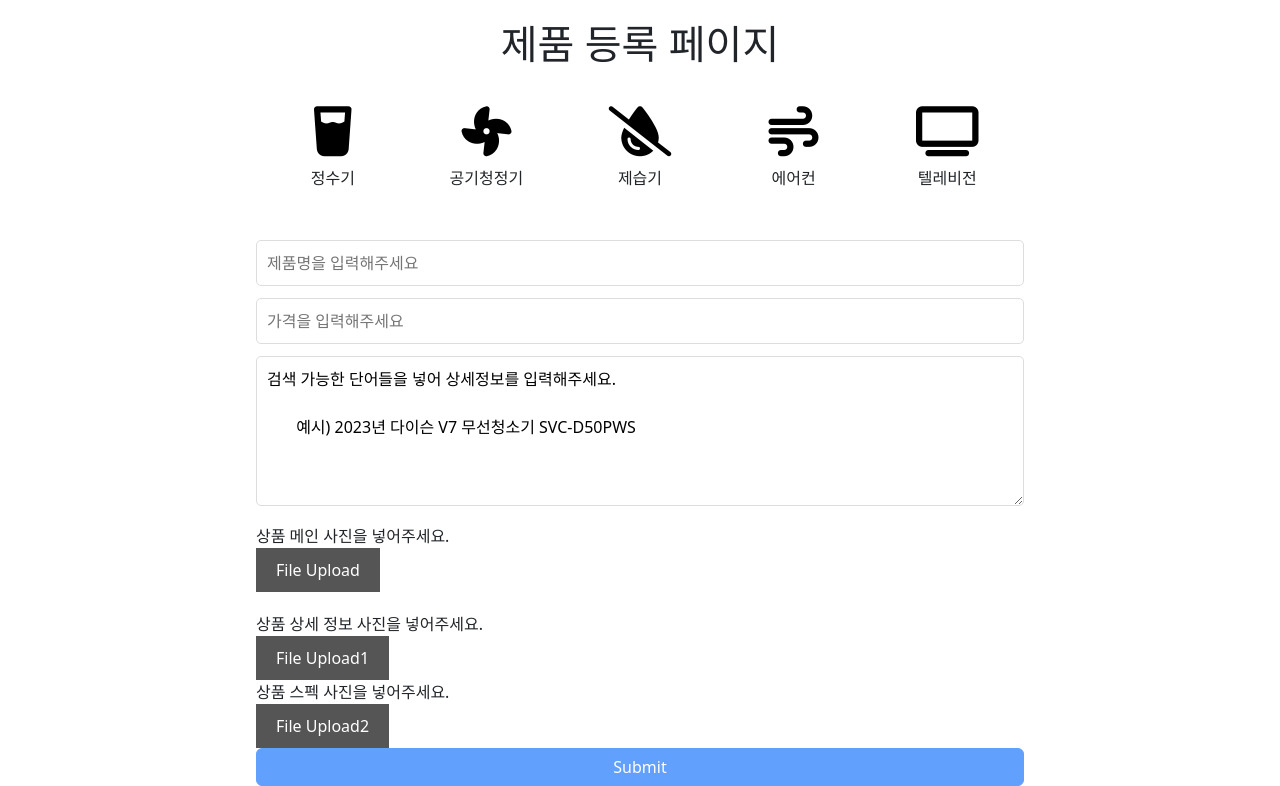
Repository: bbqju13/52si
Page: http://localhost/spring/WEB-INF/views/product/register.jsp
These files come from the project's save history. The page is drawn as it stood at one moment and after the next save; the edit follows.
The browser window is 1280 px wide. The pictures show the whole page.
Some web libraries are served in a nearby version. The page is served by Tomcat 9. Nobody is signed in. The template is opened directly, without the code that normally fills it, so the values that code supplies are empty.

Above is the page before, as saved 2023-07-28 04:54:45.

After the next save:
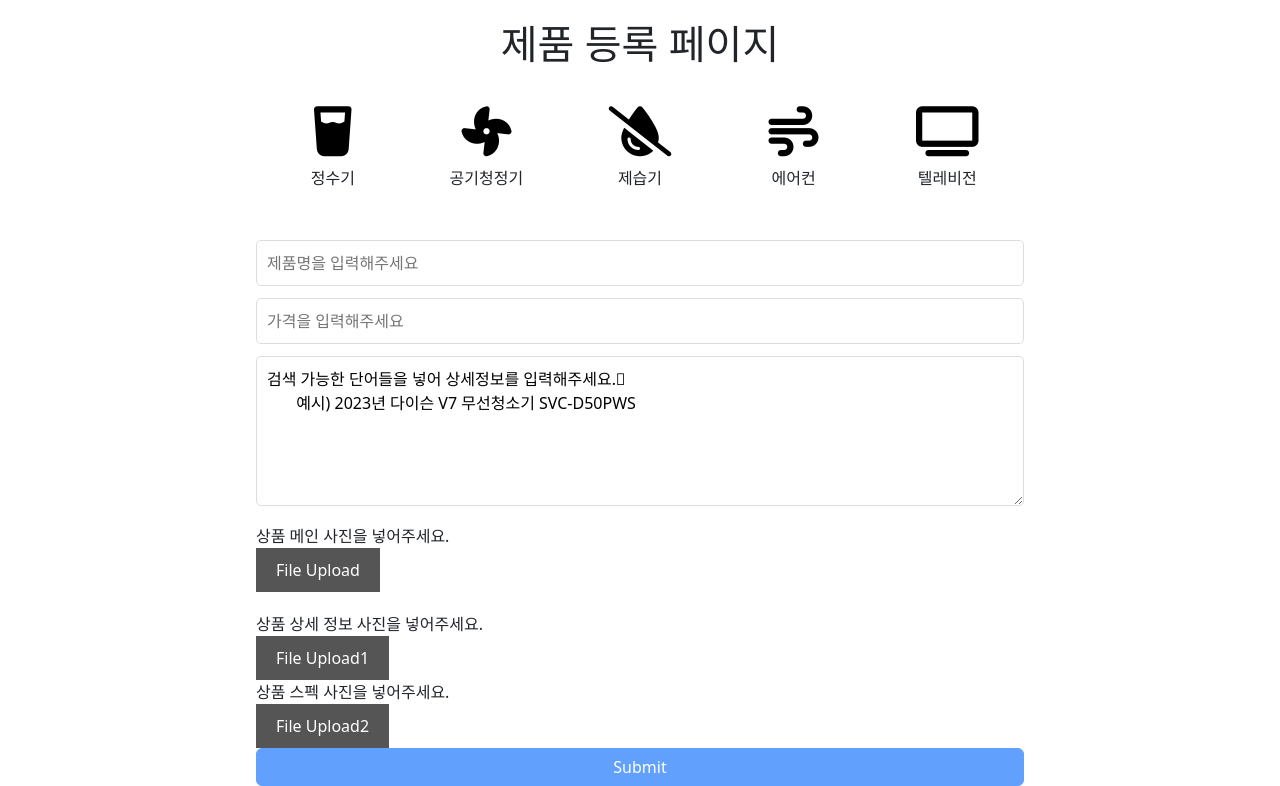
Saved 2 min 1 s later.
--- a/spring/src/main/webapp/WEB-INF/views/product/register.jsp
+++ b/spring/src/main/webapp/WEB-INF/views/product/register.jsp
@@ -55,7 +55,7 @@
        <p id="pnameError" class="error" style="color: red; display: none;">제품명을 입력해주세요.</p>
        <input id="priceInput" name="price" placeholder="가격을 입력해주세요"> <br>
        <p id="priceError" class="error" style="color: red; display: none;">숫자만 입력해주세요.</p>
-       <textarea name="content" cols="50" rows="10">검색 가능한 단어들을 넣어 상세정보를 입력해주세요.&#10;
+       <textarea name="content" cols="50" rows="10">검색 가능한 단어들을 넣어 상세정보를 입력해주세요.&#7;
        예시) 2023년 다이슨 V7 무선청소기 SVC-D50PWS
        </textarea> <br>
        상품 메인 사진을 넣어주세요.<input type="file" id="files" name="files" style="display: none" class="form-control" aria-label="file example" required> <br>

After the save that followed:
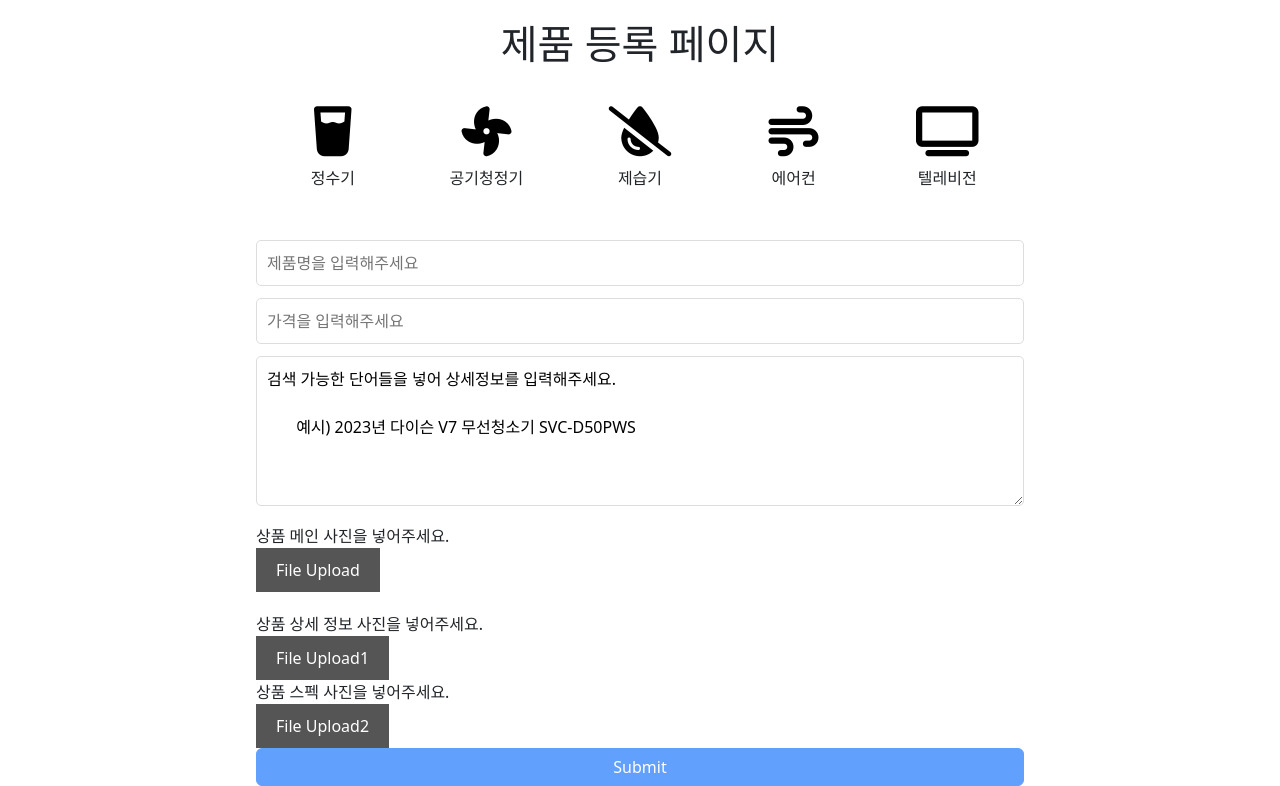
Saved 10 s later.
--- a/spring/src/main/webapp/WEB-INF/views/product/register.jsp
+++ b/spring/src/main/webapp/WEB-INF/views/product/register.jsp
@@ -55,7 +55,7 @@
        <p id="pnameError" class="error" style="color: red; display: none;">제품명을 입력해주세요.</p>
        <input id="priceInput" name="price" placeholder="가격을 입력해주세요"> <br>
        <p id="priceError" class="error" style="color: red; display: none;">숫자만 입력해주세요.</p>
-       <textarea name="content" cols="50" rows="10">검색 가능한 단어들을 넣어 상세정보를 입력해주세요.&#7;
+       <textarea name="content" cols="50" rows="10">검색 가능한 단어들을 넣어 상세정보를 입력해주세요.&#10;
        예시) 2023년 다이슨 V7 무선청소기 SVC-D50PWS
        </textarea> <br>
        상품 메인 사진을 넣어주세요.<input type="file" id="files" name="files" style="display: none" class="form-control" aria-label="file example" required> <br>
